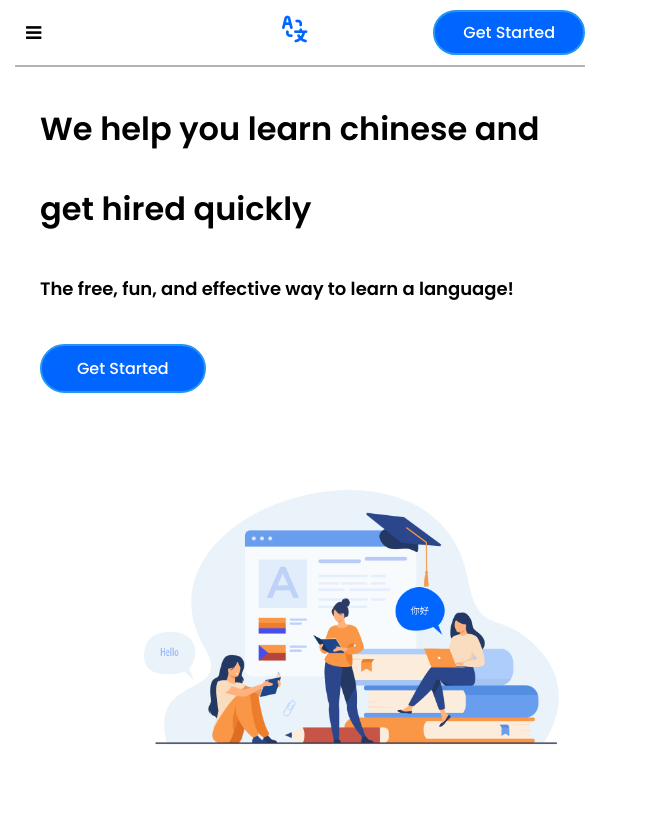
Repository: BinhIT/ChineseLearn
Page: index.html
The author's editor kept a copy of each file at every save. The page is drawn from the files as they stood at one save, then again after the next save.
The browser window is 600 px wide. The page is 664 px wide, then 612 px, so the pictures cover 664 px, including what lies to the right of the window. The pictures show the whole page.

Above is the page before, as saved 2023-03-01 14:26:50.

After the next save:
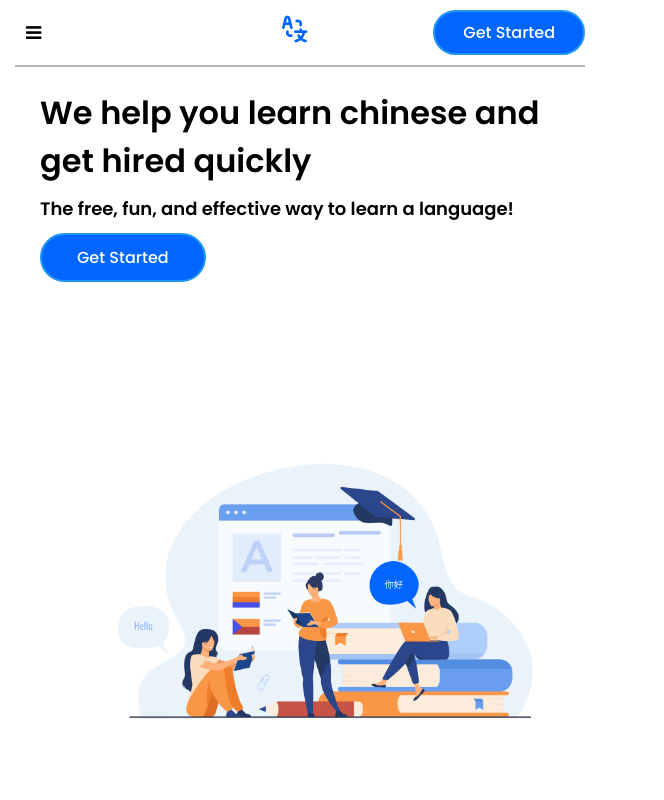
Saved 14 s later.
--- a/css/section.css
+++ b/css/section.css
@@ -66,11 +66,7 @@
     }
 
     .hero-col2 img {
-        padding: 15% 15%;
+        padding: 10% 10%;
     }
 
-    .hero-col1 {
-        padding-top: 4%;
-        line-height: 5em;
-    }
 }
